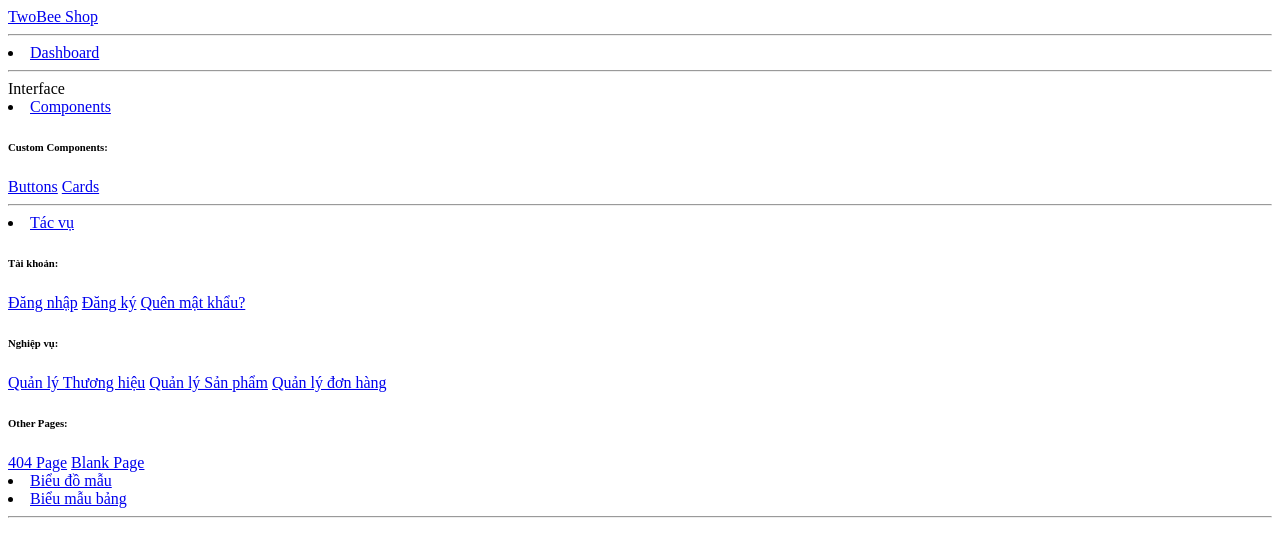
Repository: tuandh111/Java-6-asm
Page: Front-end/Java6_asm_/component/admin/sidebar.html
An editor plug-in stored every save of this project. The page is shown before and after the next save, followed by the edit.
The browser window is 1280 px wide. The pictures show the whole page.

Above is the page before, as saved 2024-03-30 19:44:27.

### Front-end/Java6_asm_/component/admin/sidebar.html
<!-- Sidebar -->


<!-- Sidebar - Brand -->
<a class="sidebar-brand d-flex align-items-center justify-content-center" href="#!/admin">
    <div class="sidebar-brand-icon rotate-n-15">
        <i class="fas fa-laugh-wink"></i>
    </div>
    <div class="sidebar-brand-text mx-3">TwoBee Shop <sup></sup></div>
</a>

<!-- Divider -->
<hr class="sidebar-divider my-0">

<!-- Nav Item - Dashboard -->
<li class="nav-item active">
    <a class="nav-link" href="#!/admin">
        <i class="fas fa-fw fa-tachometer-alt"></i>
        <span>Dashboard</span></a>
</li>

<!-- Divider -->
<hr class="sidebar-divider">

<!-- Heading -->
<div class="sidebar-heading">
    Interface
</div>

<!-- Nav Item - Pages Collapse Menu -->
<li class="nav-item">
    <a class="nav-link collapsed" href="#" data-toggle="collapse" data-target="#collapseTwo" aria-expanded="true"
        aria-controls="collapseTwo" onclick="event.preventDefault()">
        <i class="fas fa-fw fa-cog"></i>
        <span>Components</span>
    </a>
    <div id="collapseTwo" class="collapse" aria-labelledby="headingTwo" data-parent="#accordionSidebar">
        <div class="bg-white py-2 collapse-inner rounded">
            <h6 class="collapse-header">Custom Components:</h6>
            <a class="collapse-item" href="#!/admin/buttons">Buttons</a>
            <a class="collapse-item" href="#!/admin/cards">Cards</a>
        </div>
    </div>
</li>


<!-- Divider -->
<hr class="sidebar-divider">

<!-- Heading -->
<!-- <div class="sidebar-heading">
    Addons
</div> -->

<!-- Nav Item - Pages Collapse Menu -->
<li class="nav-item">
    <a class="nav-link collapsed" href="#" data-toggle="collapse" data-target="#collapsePages" aria-expanded="true"
        aria-controls="collapsePages" onclick="event.preventDefault()">
        <i class="fas fa-fw fa-folder"></i>
        <span>Tác vụ</span>
    </a>
    <div id="collapsePages" class="collapse" aria-labelledby="headingPages" data-parent="#accordionSidebar">
        <div class="bg-white py-2 collapse-inner rounded">
            <h6 class="collapse-header">Tài khoản:</h6>
            <a class="collapse-item" href="#!/admin/login">Đăng nhập</a>
            <a class="collapse-item" href="#!/admin/register">Đăng ký</a>
            <a class="collapse-item" href="#!/admin/forgot-password">Quên mật khẩu?</a>
            <div class="collapse-divider"></div>
            <h6 class="collapse-header">Nghiệp vụ:</h6>
            <a class="collapse-item" href="#!/admin/brands">Quản lý Thương hiệu</a>
            <a class="collapse-item" href="#!/admin/products">Quản lý Sản phẩm</a>
            <a class="collapse-item" href="#!/admin/orders">Quản lý đơn hàng</a>
            <div class="collapse-divider"></div>
            <h6 class="collapse-header">Other Pages:</h6>
            <a class="collapse-item" href="#!/admin/404">404 Page</a>
            <a class="collapse-item" href="#!/admin/blank">Blank Page</a>
        </div>
    </div>
</li>

<!-- Nav Item - Charts -->
<li class="nav-item">
    <a class="nav-link" href="#!/admin/charts">
        <i class="fas fa-fw fa-chart-area"></i>
        <span>Biểu đồ mẫu</span></a>
</li>

<!-- Nav Item - Tables -->
<li class="nav-item">
    <a class="nav-link" href="#!/admin/tables">
        <i class="fas fa-fw fa-table"></i>
        <span>Biểu mẫu bảng</span></a>
</li>

<!-- Divider -->
<hr class="sidebar-divider d-none d-md-block">

<!-- Sidebar Toggler (Sidebar) -->
<!-- <div class="text-center d-none d-md-inline">
    <button class="rounded-circle border-0" id="sidebarToggle"></button>
</div> -->

<!-- Sidebar Message -->
<!-- <div class="sidebar-card d-none d-lg-flex">
    <img class="sidebar-card-illustration mb-2" src="../../assets/admin/img/undraw_rocket.svg" alt="...">
    <p class="text-center mb-2"><strong>SB Admin Pro</strong> is packed with premium features, components,
        and more!</p>
    <a class="btn btn-success btn-sm" href="https://startbootstrap.com/theme/sb-admin-pro">Upgrade to
        Pro!</a>
</div> -->
<!-- End of Sidebar -->

After the next save:
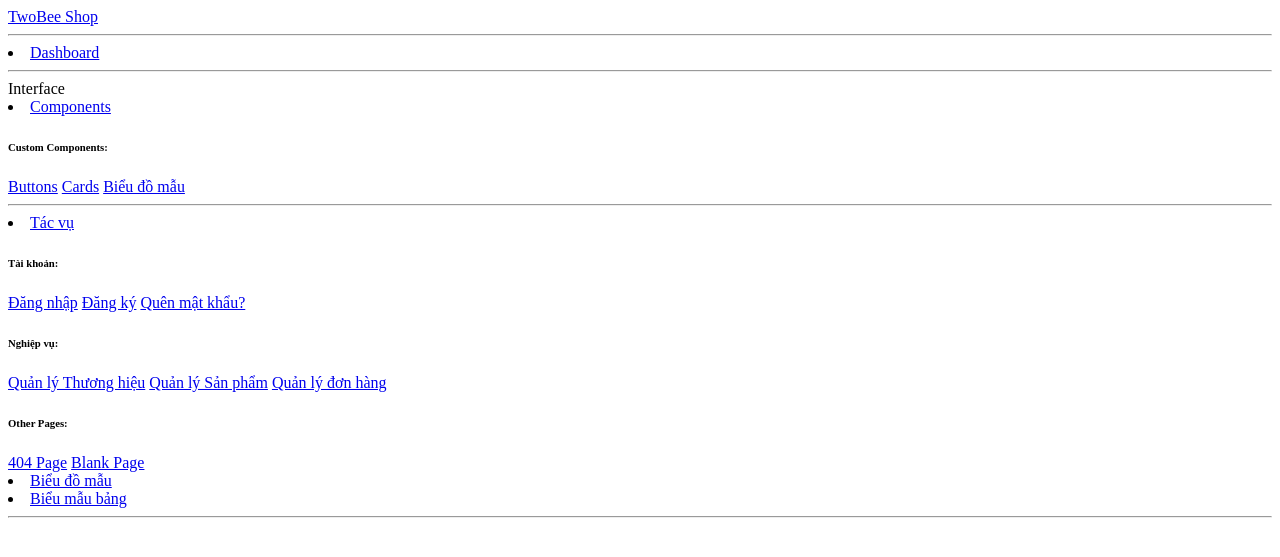
Saved 93 s later.
--- a/Front-end/Java6_asm_/component/admin/sidebar.html
+++ b/Front-end/Java6_asm_/component/admin/sidebar.html
@@ -39,6 +39,7 @@
             <h6 class="collapse-header">Custom Components:</h6>
             <a class="collapse-item" href="#!/admin/buttons">Buttons</a>
             <a class="collapse-item" href="#!/admin/cards">Cards</a>
+            <a class="collapse-item" href="#!/admin/charts">Biểu đồ mẫu</a>
         </div>
     </div>
 </li>
